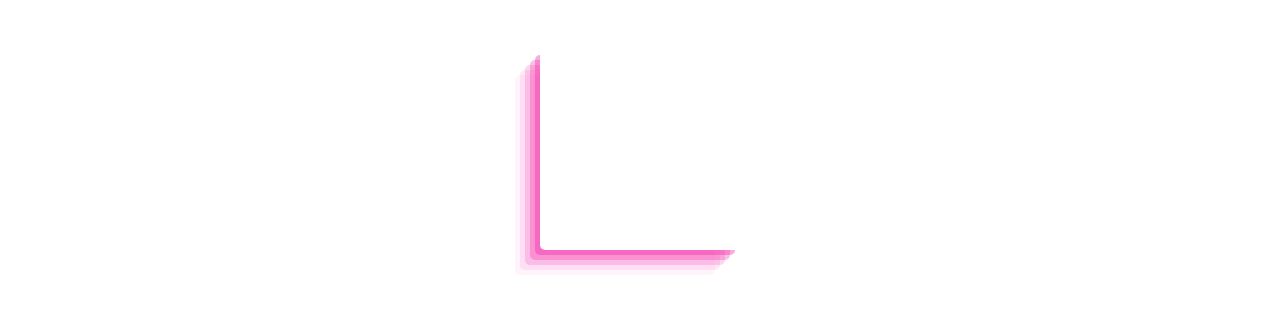
Repository: DQNam2202/HTML_CSS_Basic
Page: Chuong-03/index.html
These files come from the project's save history. The page is drawn as it stood at one moment and after the next save; the edit follows.
The browser window is 1280 px wide. The pictures show the whole page.

Above is the page before, as saved 2021-09-03 19:16:15.

After the next save:
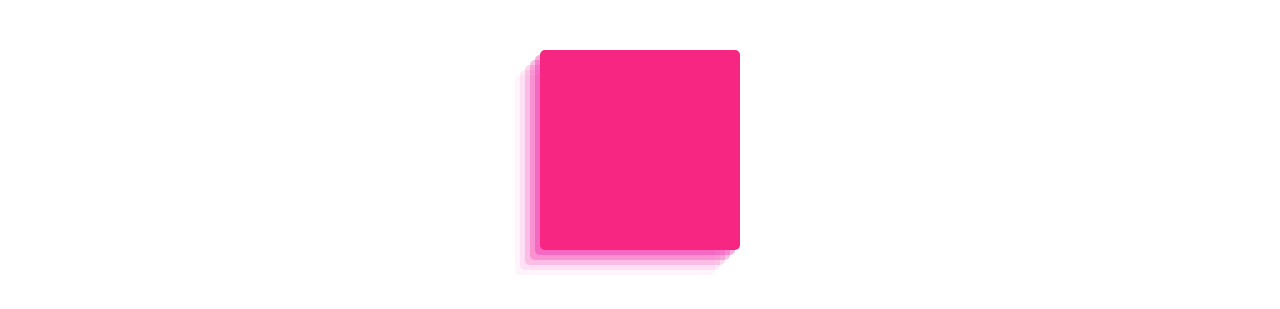
Saved 32 s later.
--- a/Chuong-03/style.css
+++ b/Chuong-03/style.css
@@ -115,6 +115,7 @@
   width: 20rem;
   height: 20rem;
   margin: 5rem auto;
+  background-color: #F62682;
   border-radius: 0.5rem;
   box-shadow: rgba(240, 46, 170, 0.4) -5px 5px,
     rgba(240, 46, 170, 0.3) -10px 10px,
